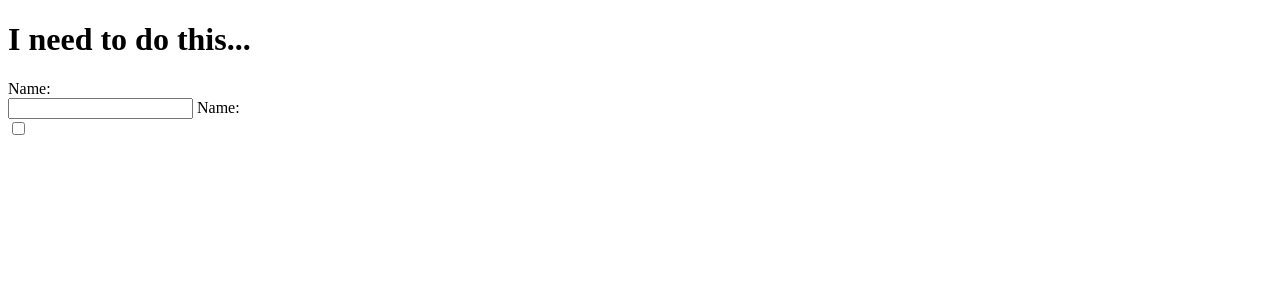
Repository: Jmcclain0129/django_todo
Page: http://localhost/add
The author's editor kept a record of every edit. The page is drawn from the files as they stood at one moment, then again after the next edit.
The browser window is 1280 px wide. The pictures show the whole page.
The page is served by the project's application, run on Django 2.2 (manage.py). Other server files are loaded and not shown.

Above is the page before.

### todo/views.py
from django.shortcuts import render, HttpResponse, redirect
from .models import Item

# Create your views here.
def get_todo_list(request):
    results = Item.objects.all()
    return render(request, "todo_list.html", {'items': results})

def create_an_item(request):
    if request.method == "POST":
        new_item = Item()
        new_item.name = request.POST.get("name")
        new_item.done = "done" in request.POST
        new_item.save()

        new_item.name = request.POST.get("name")
        return redirect(get_todo_list)

    return render(request, "item_form.html")

### todo/templates/item_form.html
<!DOCTYPE html>
<html lang="en">
<head>
    <meta charset="UTF-8">
    <meta name="viewport" content="width=device-width, initial-scale=1.0">
    <meta http-equiv="X-UA-Compatible" content="ie=edge">
    <title>Document</title>
</head>
<body>

    <h1>I need to do this...</h1>

    <form method="POST">

        <label for="id_name">Name:</label><br>
        <input type="text" id="id_name" name="name"/>

        <label for="id_name">Name:</label><br>
        <input type="checkbox" id="id_done" name="done"/>


    </form>

</body>
</html>

### django_todo/urls.py
"""django_todo URL Configuration

The `urlpatterns` list routes URLs to views. For more information please see:
    https://docs.djangoproject.com/en/1.11/topics/http/urls/
Examples:
Function views
    1. Add an import:  from my_app import views
    2. Add a URL to urlpatterns:  url(r'^$', views.home, name='home')
Class-based views
    1. Add an import:  from other_app.views import Home
    2. Add a URL to urlpatterns:  url(r'^$', Home.as_view(), name='home')
Including another URLconf
    1. Import the include() function: from django.conf.urls import url, include
    2. Add a URL to urlpatterns:  url(r'^blog/', include('blog.urls'))
"""
from django.conf.urls import url
from django.contrib import admin
from todo.views import get_todo_list, create_an_item

urlpatterns = [
    url(r'^admin/', admin.site.urls),
    url(r'^$', get_todo_list),
    url(r'^add$', create_an_item)


]

After the next edit:
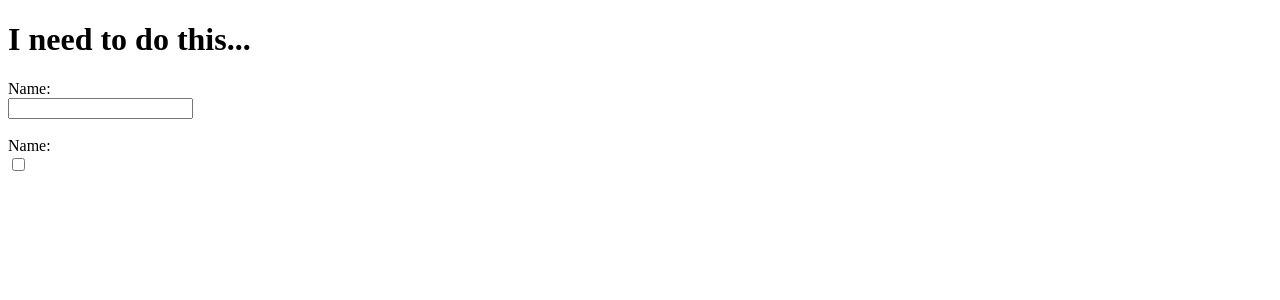
The edit:
--- a/todo/templates/item_form.html
+++ b/todo/templates/item_form.html
@@ -13,8 +13,8 @@
     <form method="POST">
 
         <label for="id_name">Name:</label><br>
-        <input type="text" id="id_name" name="name"/>
-
+        <input type="text" id="id_name" name="name"/><br>
+        <br>
         <label for="id_name">Name:</label><br>
         <input type="checkbox" id="id_done" name="done"/>
 
